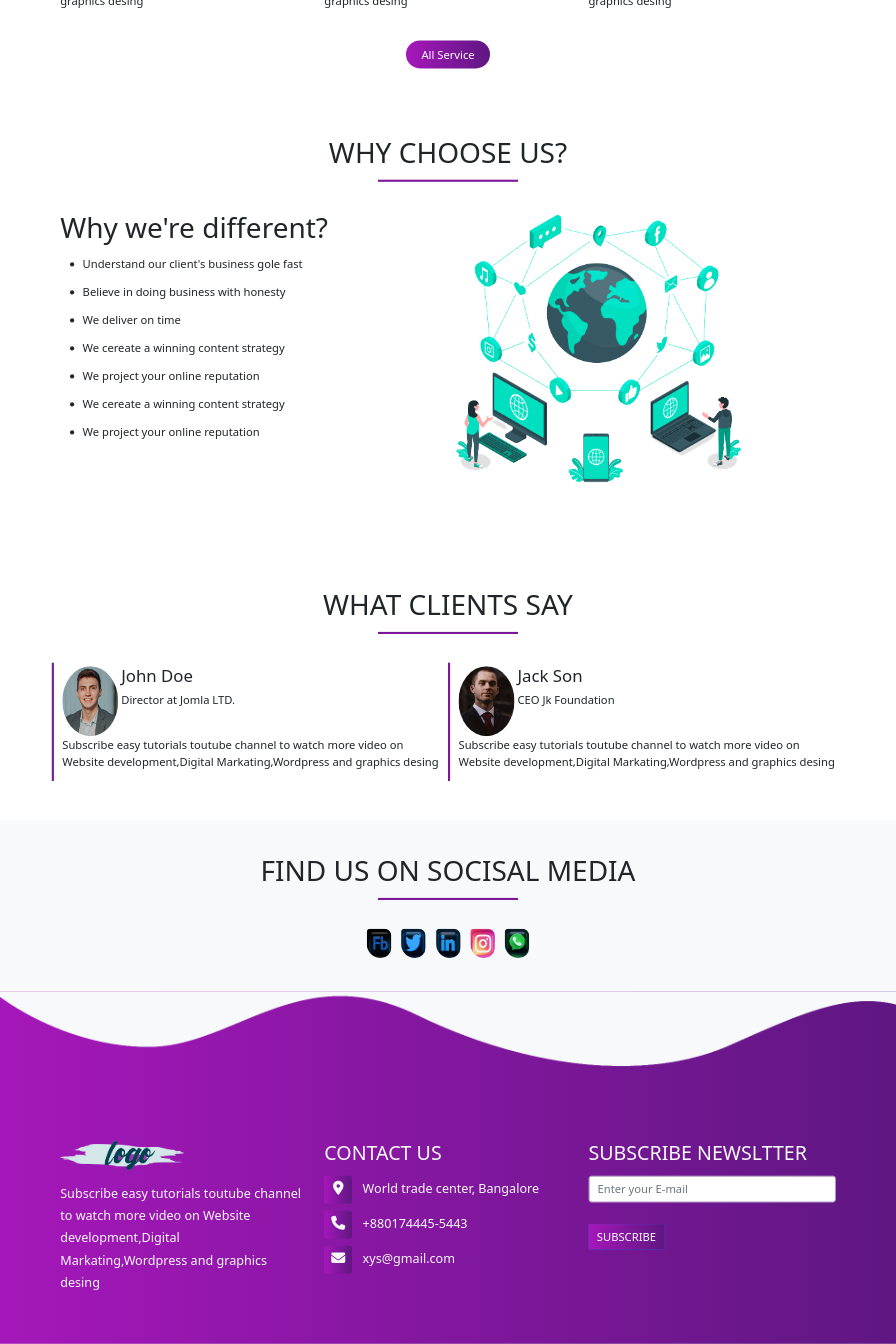
Repository: zjria/PSD-to-HTML-DIGITAL-AGENCY
Page: index.html
These files come from the project's save history. The page is drawn as it stood at one moment and after the next save; the edit follows.
The browser window is 1280 px wide. The pictures show the part of the page from y = 914 to 2834 px (the page is 2834 px tall), at 70% of full size.
Some web libraries are served in a nearby version.

Above is the page before, as saved 2022-05-12 00:10:08.

### index.html
<!doctype html>
<html lang="en">
  <head>
    <!-- Required meta tags -->
    <meta charset="utf-8">
    <meta name="viewport" content="width=device-width, initial-scale=1">
    <title>DIGITAL AGENCY</title>
    <!-- Bootstrap CSS -->
    <link href="https://cdn.jsdelivr.net/npm/bootstrap@5.0.2/dist/css/bootstrap.min.css" rel="stylesheet">
    <!-- Font awesome link-->
    <link rel="stylesheet" href="https://cdnjs.cloudflare.com/ajax/libs/font-awesome/6.1.1/css/all.min.css">
    <!-- custom CSS  -->
    <link rel="stylesheet" href="css/style.css">
  </head>
  <body>
    <!-- Navbar Section Start -->
    <section class="header" id="Home">
        <nav class="navbar navbar-expand-md fixed-top">
            <div class="container">
                <a href="#" class="navbar-brand">
                    <img src="img/h_logo.png" alt="" class="menu-icon img-fluid w-50">
                </a>
                <button class="navbar-toggler" data-bs-target="#menunavbarlink" data-bs-toggle="collapse" type="button">
                  <i class="fa-solid fa-bars text-white"></i>
                </button>
                <div class="collapse navbar-collapse fw-bold " id="menunavbarlink">
                  <ul class="navbar-nav ms-auto ">
                    <li class="nav-item ">
                      <a href="#Home" class="nav-link text-white">Home</a>
                    </li>
                    <li class="nav-item">
                      <a href="#Services" class="nav-link text-white">Services</a>
                    </li>
                    <li class="nav-item">
                      <a href="#About" class="nav-link text-white">About</a>
                    </li>
                    <li class="nav-item">
                      <a href="#Testimonials" class="nav-link text-white" >Testimonials</a>
                    </li>
                    <li class="nav-item">
                      <a href="#Contact" class="nav-link text-white">Contact</a>
                    </li>
                  </ul>
                </div>
            </div>
        </nav>
    </section>
    <!-- Navbar Section END -->
    <!-- Navbar Section Start -->
    <section class="" id="baner" id="Home">
      <div class="container p-3 py-5">
        <div class="row align-items-center text-white mt-5">
          <div class="col-md-6">
            <h1>BEST DIGITAL AGENCY</h1>
            <p class="lead">Subscribe easy tutorials toutube channel to watch more video on Website development,Digital Markating,Wordpress and graphics desing</p>
            <a href="#"><img src="img/play.png" class="img-fluid me-2 " alt=""><span>Watch tutorials</span></a>
          </div>
          <div class="col-md-6 m-auto">
            <img src="img/heder_logo.png" class="img-fluid w-75" alt="">
          </div>
        </div>
      </div>
      <img src="img/wave1.png" alt="" class="img-wave1 img-fluid">
    </section>
    <!-- Navbar Section END -->

    <!-- Service Section Start -->
      <section class="service-section" id="Services">
        <div class="container p-3 py-5">
          <div class="row">
            <h1 class="title">WHAT WE DO?</h1>
          </div>
          <div class="row mt-5">
            <div class="col-12 col-md-4 mb-2">
              <img src="img/service1.png" alt="" class="img-fluid w-25">
              <h3 class="mb-3">Growth Marketing</h3>
              <p>
                Subscribe easy tutorials toutube channel to watch more video on Website development,Digital Markating,Wordpress and graphics desing</p>
            </div>
            <div class="col-12 col-md-4 mb-2">
              <img src="img/service2.png" alt="" class="img-fluid w-25">
              <h3 class="mb-3">Online branding</h3>
              <p>
                Subscribe easy tutorials toutube channel to watch more video on Website development,Digital Markating,Wordpress and graphics desing</p>
            </div>
            <div class="col-12 col-md-4 mb-2">
              <img src="img/service3.png" alt="" class="img-fluid w-25">
              <h3 class="mb-3">Animated Ads</h3>
              <p>
                Subscribe easy tutorials toutube channel to watch more video on Website development,Digital Markating,Wordpress and graphics desing</p>
            </div>
          </div>
          <div class="row">
            <div class="com-12 text-center">
              <button type="button" class="services-button btn">All Service</button>
            </div>
          </div>
        </div>
      </section>
    <!-- Service Section End -->

    <!-- About Section Start -->
    <section class="about-section" id="About">
      <div class="container p-3 py-5">
        <div class="row">
          <h1 class="title">WHY CHOOSE US?</h1>
        </div>
        <div class="row my-5">
          <div class="col-md-6">
            <h1>Why we're different?</h1>
            <ul>
              <li class="py-2">Understand our client's business gole fast</li>
              <li class="py-2">Believe in doing business with honesty</li>
              <li class="py-2">We deliver on time</li>
              <li class="py-2">We cereate a winning content strategy</li>
              <li class="py-2">We project your online reputation</li>
              <li class="py-2">We cereate a winning content strategy</li>
              <li class="py-2">We project your online reputation</li>
            </ul>
          </div>
          <div class="col-md-6">
            <img src="img/networker.png" alt="" class="img-fluid w-75">
          </div>
        </div>
      </div>
    </section>

    <!-- About Section End -->

    <!-- Testimonial Start -->
    <section class="Testimonial-section" id="Testimonials">
      <div class="container p-3 py-5">
        <div class="row">
          <h1 class="title">WHAT CLIENTS SAY</h1>
        </div>
        <div class="row mt-5 man-img">
          <div class="col-12 col-md-6 mb-2 cline-div-style">
            <img src="img/man-1.png" alt="" class="img-fluid">
            <span class="d-inline-block mt-1">
              <h4>John Doe</h4>
              <p>Director at Jomla LTD.</p>
            </span>
            <p>
              Subscribe easy tutorials toutube channel to watch more video on Website development,Digital Markating,Wordpress and graphics desing</p>
          </div>
          <div class="col-12 col-md-6 mb-2 cline-div-style">
            <img src="img/man-2.png" alt="" class="img-fluid">
            <span class="d-inline-block mt-1">
              <h4>Jack Son</h4>
              <p>CEO Jk Foundation</p>
            </span>
            <p>
              Subscribe easy tutorials toutube channel to watch more video on Website development,Digital Markating,Wordpress and graphics desing</p>
          </div>
        </div>
      </div>
    </section>
    <!-- Testimonial End -->

    <!-- Social Section Start -->
    <section class="Social-section">
      <div class="container p-3 py-5">
        <div class="row">
          <h1 class="title">FIND US ON SOCISAL MEDIA</h1>
        </div>
        <div class="row pt-5 text-center">
          <div class="col-12">
            <a href="#"><img src="img/F.png" alt="" class="img-fluid"></a>
            <a href="#"><img src="img/T.png" alt="" class="img-fluid"></a>
            <a href="#"><img src="img/L.png" alt="" class="img-fluid"></a>
            <a href="#"><img src="img/I.png" alt="" class="img-fluid"></a>
            <a href="#"><img src="img/M.png" alt="" class="img-fluid"></a>
          </div>
        </div>
      </div>
    </section>
    <!-- Social Section End -->
    <!-- Footer Section Start -->
    <section class="Footer-section" id="Footer" >
      <img src="img/wave2.png" class="img-fluid" alt="">
      <div class="container p-3 py-5 text-light ">
        <div class="row mt-5">
          <div class="col-12 col-md-4 mb-2">
            <img src="img/h_logo.png" alt="" class="img-fluid w-50 mb-3">
            <p style="font-size: 18px; line-height: 32px;">
              Subscribe easy tutorials toutube channel to watch more video on Website development,Digital Markating,Wordpress and graphics desing</p>
          </div>
          <div class="col-12 col-md-4 mb-2 contract-style">
            <h3 class="mb-3">CONTACT US</h3>
            <p><i class="fa-solid fa-location-dot fab-icon"></i> World trade center, Bangalore</p>
            <p><i class="fa-solid fa-phone fab-icon"></i> +880174445-5443</p>
            <p><i class="fa-solid fa-envelope fab-icon"></i> xys@gmail.com</p>
          </div>
          <div class="col-12 col-md-4 mb-2" style="line-height: 65px;">
            <h3 class="mb-3">SUBSCRIBE NEWSLTTER</h3>
            <form>
              <div class="mb-3">
                <input type="email" class="form-control" id="exampleInputEmail1" aria-describedby="emailHelp" placeholder="Enter your E-mail">
              </div>
              <button type="submit" class="btn btn-primary btn-style">SUBSCRIBE</button>
            </form>
          </div>
        </div>

      </div>
    </section>
    <!-- Footer Section End -->


    <!-- Optional JavaScript; choose one of the two! -->
    <!-- Option 1: Bootstrap Bundle with Popper -->
    <script src="https://cdn.jsdelivr.net/npm/bootstrap@5.0.2/dist/js/bootstrap.bundle.min.js"></script>
  </body>
</html>

### css/style.css
.navbar{
    background-image: linear-gradient(to right, #a517ba,#5f1782)!important;
}
#baner{
    background-image: linear-gradient(to right, #a517ba,#5f1782)!important;
    align-items: center;
    margin: auto;
    justify-content: center;
}
#baner a img{
    width: 50px;
    align-items: center;
    margin: auto;
    justify-content: center;

}
#baner a{
    text-decoration: none;
    color: white;
}
.img-wave1{
    width: 100%;
}

/* Service Section */
.title{
    text-align: center;
}
.title::after{
    content: "";
    display: block;
    background: #7B1798;
    height: 3px;
    width: 200px;
    margin: auto;
    transform: translateY(15px);
}

.services-button {
    background-image: linear-gradient(to right, #a517ba,#5f1782);
    color: white;
    border: none;
    width: 120px;
    height: 40px;
    margin: auto;
    border-radius: 20px;
    margin-top: 20px;
}
/* Testimonial-section Section Start  */
.Testimonial-section .man-img img{
    width: 80px;
    border-radius: 50%;
}
/* Cline-section Section Start  */
.cline-div-style{
    border-left: 3px solid #7B1798;
}
/* Social-section */
section.Social-section {
    background-color: #F8F9FA;
}
.Social-section a{
    margin: 5px;

}
.Social-section img{
    width: 35px;
    border-radius: 10px 20px 30px 40px;
    transition: 0.5s;
}
.Social-section img:hover{
    transform: translateY(-15px);
}

/* Footer Section */
#Footer{
    background-image: linear-gradient(to right, #a517ba,#5f1782)!important;
}
#Footer{
    background-image: linear-gradient(to right, #a517ba,#5f1782)!important;
    align-items: center;
    margin: auto;
    justify-content: center;
}
.contract-style p{
    margin: 10px 0px;
    font-size: 18px;
}
.contract-style .fab-icon {
    font-size: 20px;
    background-image: linear-gradient(to right, #a517ba,#5f1782)!important;
    width: 40px;
    height: 40px;
    border-radius: 4px;
    padding-top: 7px;
    margin-right: 10px;
    text-align: center;
}
.btn-style {
    background-image: linear-gradient(to right, #a517ba,#5f1782)!important;
    border: none;
    border-radius: 0px;
}

After the next save:
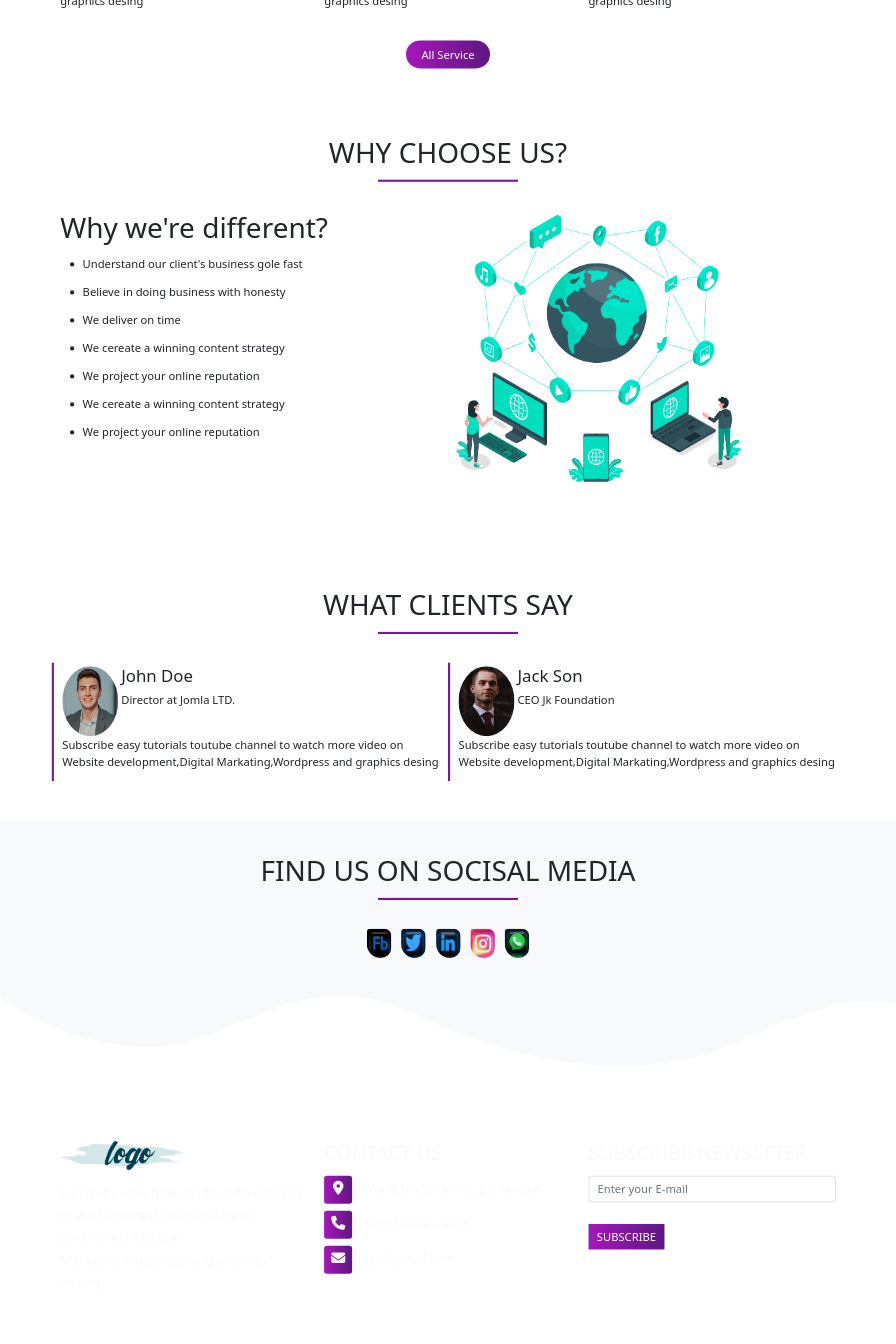
Saved 17 s later.
--- a/index.html
+++ b/index.html
@@ -176,7 +176,7 @@
     </section>
     <!-- Social Section End -->
     <!-- Footer Section Start -->
-    <section class="Footer-section" id="Footer" >
+    <section class="Footer-section" id="Contact" >
       <img src="img/wave2.png" class="img-fluid" alt="">
       <div class="container p-3 py-5 text-light ">
         <div class="row mt-5">

After the save that followed:
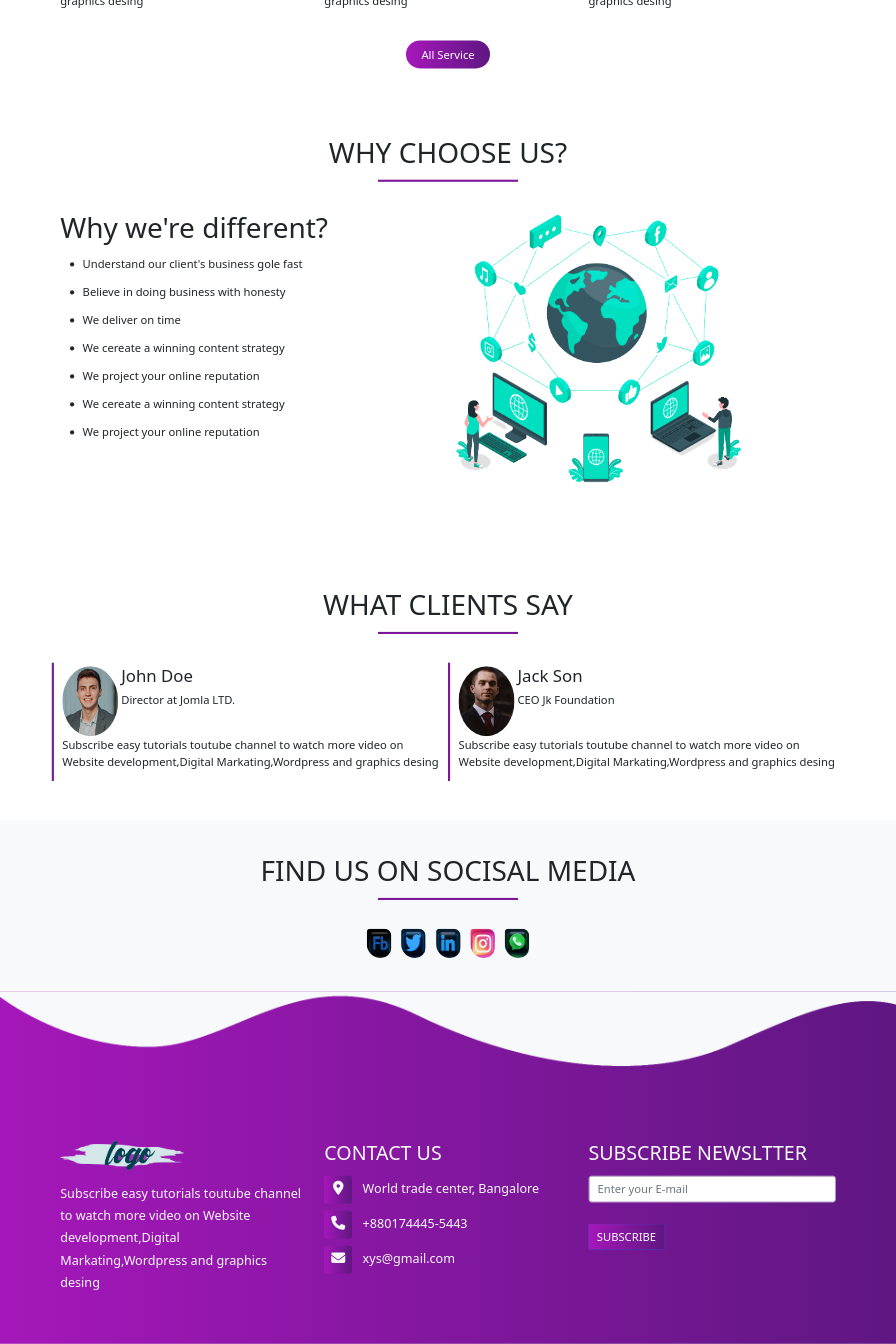
Saved 15 s later.
--- a/css/style.css
+++ b/css/style.css
@@ -73,10 +73,10 @@ section.Social-section {
 }
 
 /* Footer Section */
-#Footer{
+.Footer-section{
     background-image: linear-gradient(to right, #a517ba,#5f1782)!important;
 }
-#Footer{
+.Footer-section{
     background-image: linear-gradient(to right, #a517ba,#5f1782)!important;
     align-items: center;
     margin: auto;
